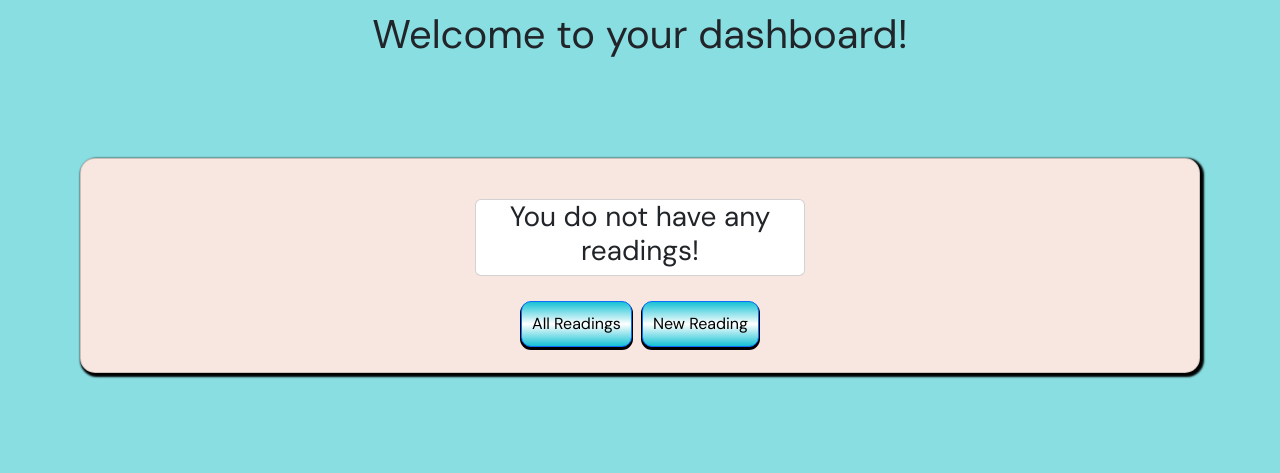
Repository: aiodell/my-glucose-checkup
Page: /dashboard (app in client/)
These files come from the project's save history. The page is drawn as it stood at one moment and after the next save; the edit follows.
The browser window is 1280 px wide. The pictures show the whole page.
The page's requests for data from a server got no answer. The project was rebuilt for these pictures with package versions that can differ from the ones it lists, and the page was loaded fresh each time. No one was signed in, and anything a server would have sent is missing. Also part of the build but not shown: client/src/components/Login.js, client/src/components/Signup.js, client/src/components/AllReadings.js, client/src/components/NewReading.js, client/src/components/Home.js, client/src/components/BglUpdateForm.js, client/src/components/BglEventDetails.js, client/src/components/NewBglEvent.js and 8 more.

Above is the page before, as saved 2022-10-06 07:23:06.

After the next save:
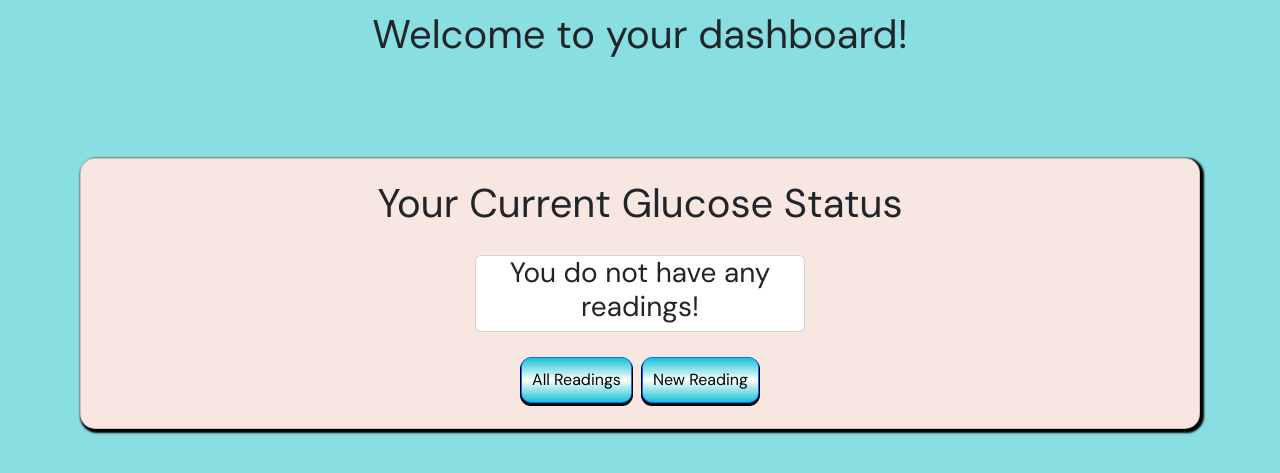
Saved 37 s later.
--- a/client/src/components/Dashboard.js
+++ b/client/src/components/Dashboard.js
@@ -75,6 +75,7 @@ const Dashboard = ({currentUser}) => {
 			}
 			{errors ? errors.map(e => <section>{e}</section>):null}
 			<Card className="dash-container">
+				<h1>Your Current Glucose Status</h1>
 				{currentUser.admin ?
 				<>
 					<Row>
